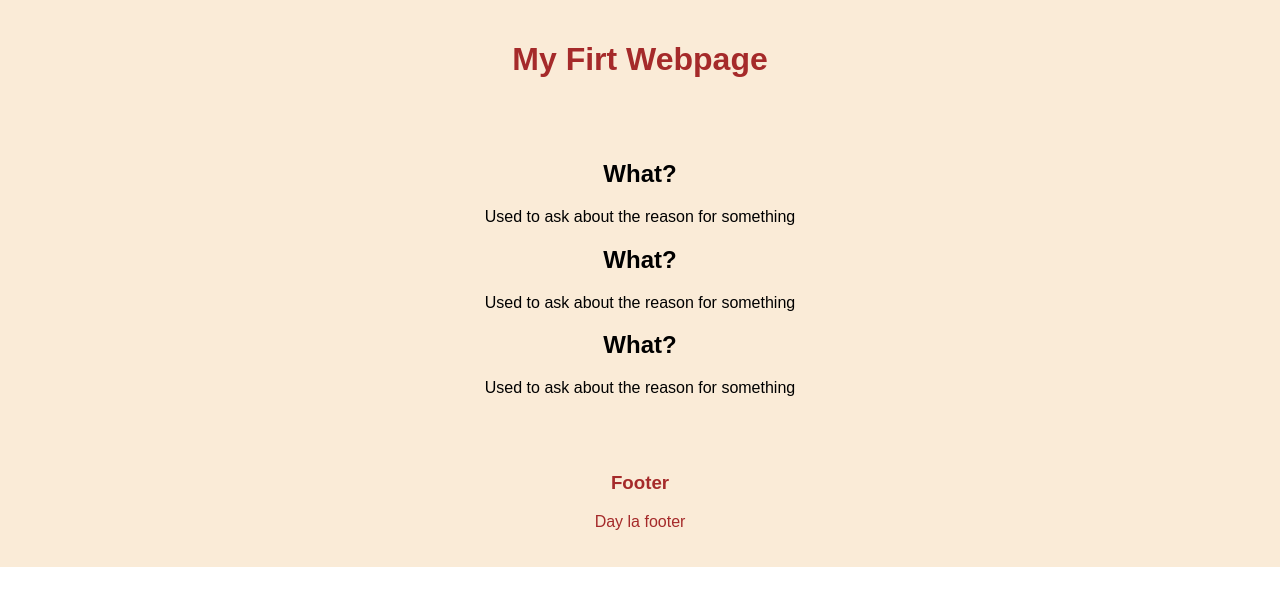
Repository: Thonghehe/Lab2_Web106
Page: Buoi2/l22.html
An editor plug-in stored every save of this project. The page is shown before and after the next save, followed by the edit.
The browser window is 1280 px wide. The pictures show the whole page.

Above is the page before, as saved 2024-03-13 21:54:08.

After the next save:
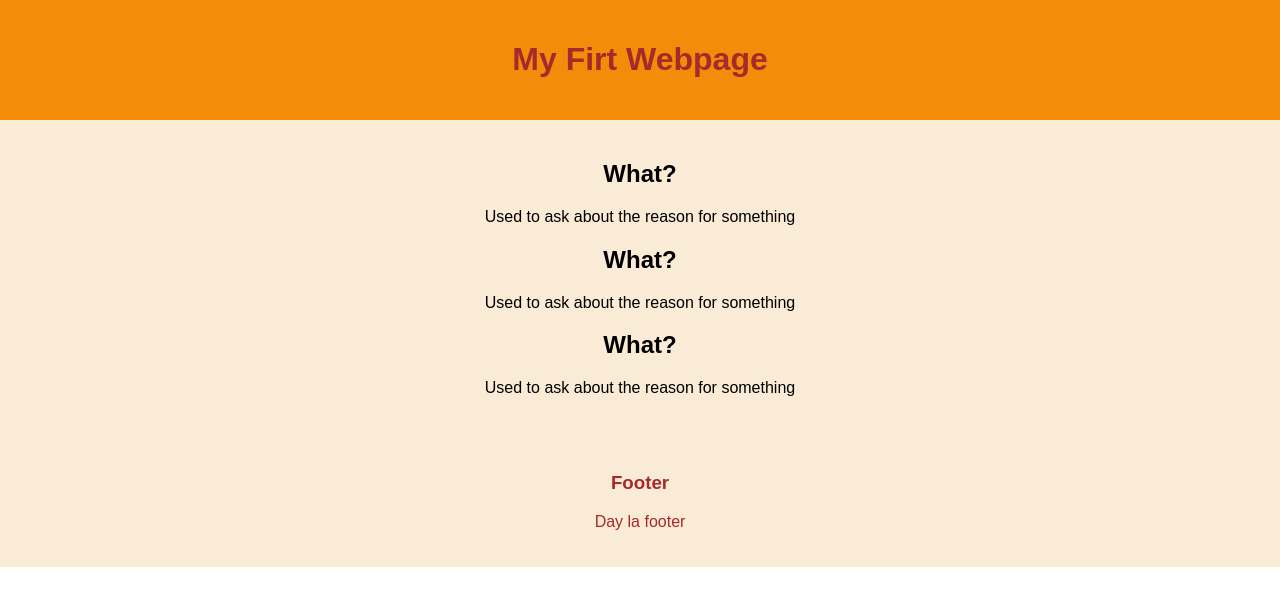
Saved 20 s later.
--- a/Buoi2/l22.html
+++ b/Buoi2/l22.html
@@ -19,7 +19,7 @@
 
         .header,
         .footer {
-            background-color: antiquewhite;
+            background-color: rgb(243, 141, 9);
             color: brown;
             padding: 20px;
             text-align: center;
